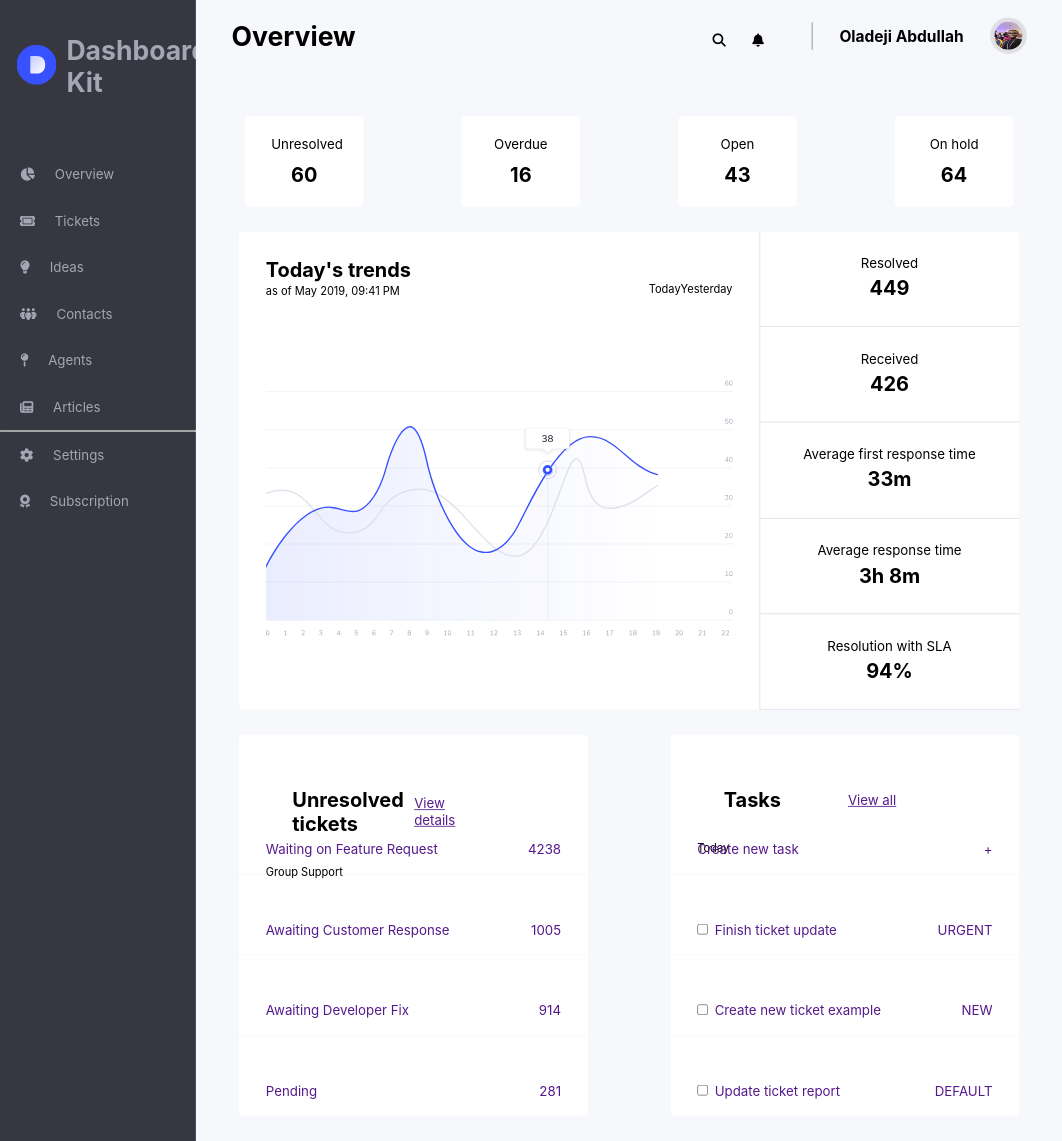
Repository: BuduCE/dashboard
Page: /
The author's editor kept a copy of each file at every save. The page is drawn from the files as they stood at one save, then again after the next save.
The browser window is 1280 px wide. The pictures show the whole page, at 83% of full size.
Some web libraries are served in a nearby version. The project was rebuilt for these pictures with package versions that can differ from the ones it lists, and the page was loaded fresh each time. Also part of the build but not shown: src/pages/Tickets/index.jsx.

Above is the page before, as saved 2022-08-05 23:53:12.

### public/index.html
<!DOCTYPE html>
<html lang="en">
  <head>
    <meta charset="utf-8" />
    <link rel="icon" href="%PUBLIC_URL%/favicon.ico" />
    <meta name="viewport" content="width=device-width, initial-scale=1" />
    <meta name="theme-color" content="#000000" />
    <meta
      name="description"
      content="Web site created using create-react-app"
    />
    <link rel="apple-touch-icon" href="%PUBLIC_URL%/logo192.png" />
    <!--
      manifest.json provides metadata used when your web app is installed on a
      user's mobile device or desktop. See https://developers.google.com/web/fundamentals/web-app-manifest/
    -->
    <link rel="manifest" href="%PUBLIC_URL%/manifest.json" />
    <!--
      Notice the use of %PUBLIC_URL% in the tags above.
      It will be replaced with the URL of the `public` folder during the build.
      Only files inside the `public` folder can be referenced from the HTML.

      Unlike "/favicon.ico" or "favicon.ico", "%PUBLIC_URL%/favicon.ico" will
      work correctly both with client-side routing and a non-root public URL.
      Learn how to configure a non-root public URL by running `npm run build`.
    -->

    <!-- Font-Awesome  -->
    <link
      rel="stylesheet" href="https://cdnjs.cloudflare.com/ajax/libs/font-awesome/6.1.1/css/all.min.css" integrity="sha512-KfkfwYDsLkIlwQp6LFnl8zNdLGxu9YAA1QvwINks4PhcElQSvqcyVLLD9aMhXd13uQjoXtEKNosOWaZqXgel0g==" crossorigin="anonymous" referrerpolicy="no-referrer"
    />
    <title>Admin Dashboard</title>
  </head>
  <body>
    <noscript>You need to enable JavaScript to run this app.</noscript>
    <div id="root"></div>
    <!--
      This HTML file is a template.
      If you open it directly in the browser, you will see an empty page.

      You can add webfonts, meta tags, or analytics to this file.
      The build step will place the bundled scripts into the <body> tag.

      To begin the development, run `npm start` or `yarn start`.
      To create a production bundle, use `npm run build` or `yarn build`.
    -->
  </body>
</html>

### src/index.css
* {
  margin: 0;
  padding: 0;
  box-sizing: border-box;
}
body {
  margin: 0;
  font-family: -apple-system, BlinkMacSystemFont, 'Segoe UI', 'Roboto', 'Oxygen',
    'Ubuntu', 'Cantarell', 'Fira Sans', 'Droid Sans', 'Helvetica Neue',
    sans-serif;
  -webkit-font-smoothing: antialiased;
  -moz-osx-font-smoothing: grayscale;
  background: rgba(54, 55, 64, 1);
}

code {
  font-family: source-code-pro, Menlo, Monaco, Consolas, 'Courier New',
    monospace;
}

### src/App.js
import './App.css';
// import Overview from './pages/Overview';
// import Header from './components/common/Header';
import Sidenav from './components/common/SideNav';
// import Login from './pages/Login';

function App() {
  return (
    <div className="App">
      <Sidenav />
      {/* <Login /> */}
    </div>
  );
}

export default App;

### src/components/common/SideNav/index.jsx
import React from 'react'
import Overview from '../../../pages/Overview'
import Tickets from '../../../pages/Tickets'
import Header from '../Header'
import Logo from '../Logo'
import './styles.css'

const Sidenav = () => {
  return (
    <div className='dashboard'>
        <div className="navbar">
            <div className="logo">
                <Logo />
                <h1>Dashboard Kit</h1>
            </div>
            <div className="heading">
                <i className='fas fa-chart-pie'></i>
                <p>Overview</p>
            </div>
            <div className="heading">
                <i className='fas fa-ticket'></i>
                <p>Tickets</p>
            </div>
            <div className="heading">
                <i className='fas fa-lightbulb'></i>
                <p>Ideas</p>
            </div>
            <div className="heading">
                <i className='fas fa-people-group'></i>
                <p>Contacts</p>
            </div>
            <div className="heading">
                <i className='fas fa-map-pin'></i>
                <p>Agents</p>
            </div>
            <div className="heading">
                <i className='fas fa-newspaper'></i>
                <p>Articles</p>
            </div>
            <hr />
            <div className="heading">
                <i className='fas fa-gear'></i>
                <p>Settings</p>
            </div>
            <div className="heading">
                <i className='fas fa-award'></i>
                <p>Subscription</p>
            </div>

        </div>
        <div className="info">
            {/* <Header /> */}
            <Overview />
            {/* <Tickets /> */}
        </div>
    </div>
  )
}

export default Sidenav

### src/pages/Overview/index.jsx
import React from 'react'
import './styles.css'
import TrendMap from './graph.svg'
import Header from '../../components/common/Header'

const Overview = () => {
  return (
    <>
        <Header />
        <div className='overview_pg'>
            {/* Specific status */}
            <div className="overview_stat">
                <div className="overview_info">
                    <p>Unresolved</p>
                    <h2>60</h2>
                </div>
                <div className="overview_info">
                    <p>Overdue</p>
                    <h2>16</h2>
                </div>
                <div className="overview_info">
                    <p>Open</p>
                    <h2>43</h2>
                </div>
                <div className="overview_info">
                    <p>On hold</p>
                    <h2>64</h2>
                </div>
            </div>

            {/* Today's trend */}
            <div className="trends">
                <div className="trends_head">
                    <div className="trends_headT">
                        <div className="trend_title">
                            <h2>Today's trends</h2>
                        </div>
                        <div className="trend_title_stat">
                            <div className="trend_date">
                                <small>as of May 2019, 09:41 PM</small>
                            </div>
                            <div className="trend_day">
                                <small>Today</small>
                                <small>Yesterday</small>
                            </div>
                        </div>
                    </div>

                    <div className="trends_headB">
                        <img src={TrendMap} alt="Trend Chart" />
                    </div>
                </div>

                <div className="trends_summary">
                    <div className="summary_type">
                        <p>Resolved</p>
                        <h2>449</h2>
                    </div>
                    <div className="summary_type">
                        <p>Received</p>
                        <h2>426</h2>
                    </div>
                    <div className="summary_type">
                        <p>Average first response time</p>
                        <h2>33m</h2>
                    </div>
                    <div className="summary_type">
                        <p>Average response time</p>
                        <h2>3h 8m</h2>
                    </div>
                    <div className="summary_type">
                        <p>Resolution with SLA</p>
                        <h2>94%</h2>
                    </div>
                </div>
            </div>

            <div className="ticket_n_task">
                <div className="ticket">
                    <div className="ticket_head">
                        <div className="ticket_title">
                            <h2>Unresolved tickets</h2>
                            <a href="">View details</a>
                        </div>
                        <small>Group Support</small>
                    </div>
                    <div className="ticket_list">
                        <a href="">
                            <p>Waiting on Feature Request</p>
                            <p>4238</p>
                        </a>
                        <a href="">
                            <p>Awaiting Customer Response</p>
                            <p>1005</p>
                        </a>
                        <a href="">
                            <p>Awaiting Developer Fix</p>
                            <p>914</p>
                        </a>
                        <a href="">
                            <p>Pending</p>
                            <p>281</p>
                        </a>
                    </div>
                </div>

                <div className="task">
                    <div className="ticket_head">
                        <div className="ticket_title">
                            <h2>Tasks</h2>
                            <a href="">View all</a>
                        </div>
                        <small>Today</small>
                    </div>

                    <div className="ticket_list">
                        <a href="">
                            <p>Create new task</p>
                            <p>+</p>
                        </a>
                        <a href="">
                            <div className='task_todo'>
                                <input type="checkbox" name="" id="" />
                                <label htmlFor="">Finish ticket update</label>
                            </div>

                            <p>URGENT</p>
                        </a>
                        <a href="">
                            <div className='task_todo'>
                                <input type="checkbox" name="" id="" />
                                <label htmlFor="">Create new ticket example</label>
                            </div>

                            <p>NEW</p>
                        </a>
                        <a href="">
                            <div className='task_todo'>
                                <input type="checkbox" name="" id="check" />
                                <label htmlFor="">Update ticket report</label>
                            </div>

                            <p>DEFAULT</p>
                        </a>
                    </div>
                </div>
            </div>
        </div>
    </>
  )
}

export default Overview

### src/components/common/Header/index.jsx
import React from 'react'
import './styles.css'
import budu from './budu.jpg'

const Header = () => {
  return (
    <div className='head_er'>
        <div className="headerL">
            <h1>Overview</h1>
        </div>
        <div className="headerR">
            <i className='fas fa-magnifying-glass icon'></i>
            <i className='fas fa-bell icon bell'></i>
            <h3>Oladeji Abdullah</h3>
            <img src={budu} alt="" />
        </div>
    </div>
  )
}

export default Header

### src/components/common/Logo/index.jsx
import React from 'react'
import companyLogo from './logo.svg'

const Logo = () => {
  return (
    <div>
        <img src={companyLogo} alt="" />
    </div>
  )
}

export default Logo

### src/components/common/SideNav/styles.css
.dashboard{
    display: grid;
    grid-template-columns: 1fr 5fr;
}
.navbar{
    padding: 41px 0;
    color: #A4A6B3;
}
.logo{
    display: flex;
    padding: 20px 20px;
    padding-bottom: 63px;
    padding-top: 0;
    align-items: center;
}
.logo h1{
    margin-left: 12px;
    width: 8.5rem;
}
.heading{
    width: 100%;
    display: flex;
    padding: 18px 24px;
    align-items: center;
}
.heading p{
    margin-left: 24px;
}
.heading:hover{
    border-left: 1px solid #fff;
    color: #fff;
}
.info{
    background: #F7F8FC;
    /* height: 100vh; */
}

### src/pages/Overview/styles.css
.overview_pg{
    margin-top: 54px;
}
.overview_stat{
    display: grid;
    grid-template-columns: 1fr 1fr 1fr 1fr;
    /* justify-content: space-evenly; */
    width: 100%;
}
.overview_info{
    display: flex;
    flex-direction: column;
    text-align: center;
    /* border: 1px solid; */
    border-radius: 5px;
    padding: 24px 32px;
    background: #fff;
    box-shadow: 15px;
    width: 55%;
    margin: auto;
}
.overview_info:hover{
    color: blue;
    border: 1px blue solid;
}
.overview_info p{
    padding-bottom: 12px;
}

/* trend  */
.trends{
    width: 90%;
    background: #fff;
    margin: auto;
    border-radius: 5px;
    height: 80vh;
    margin-top: 30px;
    display: grid;
    grid-template-columns: 2fr 1fr;
    margin-top: 30px;
}
.trends_head{
    padding: 32px;
}
.trend_title_stat{
    display: flex;
    justify-content: space-between;
}
.trend_day{
    display: flex;
    justify-content: space-evenly;
}
.trends_headB img{
    width: 100%;
    margin-top: 54px;
    height: 55vh;
}

/* summary  */
.trends_summary{
    display: grid;
    grid-template-rows: 1fr 1fr 1fr 1fr 1fr;
}
.summary_type{
    padding: 28px;
    border-left: 1px solid #dfe0e5;
    border-bottom: 1px solid #dfe0e5;
    text-align: center;
}
.summary_type p{
    margin-bottom: 6px;
}

/* Tickets */
.ticket_n_task{
    display: grid;
    grid-template-columns: 1fr 1fr;
    width: 90%;
    margin: auto;
    margin-top: 30px;
    margin-bottom: 30px;
}
.ticket{
    margin-right: 50px;
}
.task{
    margin-left: 50px;
}
.ticket,.task{
    border-radius: 5px;
    background: #fff;
}
.ticket_head{
    padding: 32px;
    margin-bottom: 8px;
    width: 80%;
    height: 10vh;
}
.ticket_title{
    display: flex;
    justify-content: space-between;
    align-items: center;
}
.ticket_list a{
    text-decoration: none;
    display: flex;
    justify-content: space-between;
    align-items: center;
    padding: 20px 32px;
    border-bottom: 1px solid #F7F8FC;
    margin-top: 36px;
    align-items: center;
}
.task_todo{
    align-items: center;
}
.task_todo label{
    margin-left: 8px;
}

### src/pages/Tickets/styles.css
.ticket_pg{
    background: #fff;
    border-radius: 5px;
    height: 96vh;
    width: 95%;
    margin: auto;
    margin-top: 54px;
}
.ticket_title{
    display: flex;
    justify-content: space-between;
    padding: 32px;
}
.titleR, .titleR_icon{
    display: flex;
    justify-content: space-between;
    align-items: center;
    margin-left: 32px;
}
.titleR_icon p{
    margin-left: 8px;
}
/* .tab_head{
    display: grid;
    grid-template-columns: 3fr 2fr 2fr 1fr;
    margin: auto;
    padding: 0 77px 12px 31px;
    border-bottom: 1px solid #dfe0e5;
} */
.tab_info{
    display: grid;
    grid-template-columns: 3fr 2fr 2fr 1fr;
    margin: auto;
    padding: 24px 31px;
    border-bottom: 1px solid #dfe0e5;
}
.tab_info:hover{
    background: #F7F8FC;
}
.info_title{
    display: grid;
    grid-template-columns: 1fr 7fr;
}
.info_title img{
    width: 44px;
    height: 44px;
    border: 5px solid #dfe0e5;
    border-radius: 50%;
}
.ticket_tab{
    margin: auto;
}
.info_status{
    display: flex;
    /* grid-template-columns: 1fr 1fr; */
    justify-content: space-between;
    align-items: center;
}
.info_status button{
    padding: 5px 20px;
    border-radius: 40%;
    background: red;
    color: #fff;
    border: none;
}

### src/components/common/Header/styles.css
.head_er{
    display: flex;
    justify-content: space-between;
    width: 100%;
    height: 10vh;
    padding: 43px 43px;
    align-items: center;
}
.headerR{
    display: flex;
    justify-content: space-between;
    align-items: center;
}
.icon{
    width: 16px;
    height: 16px;
    padding: 5px 24px;
}
.bell{
    padding-right: 72px;
}
.headerR h3{
    padding: 5px 32px;
    border-left: 1px solid grey;
}
.headerR img{
    width: 44px;
    height: 44px;
    border-radius: 50%;
    border: 5px solid #dfe0e5;
}

Loaded but not shown: src/index.js (common file); src/reportWebVitals.js (common file); src/App.css (common file)

After the next save:
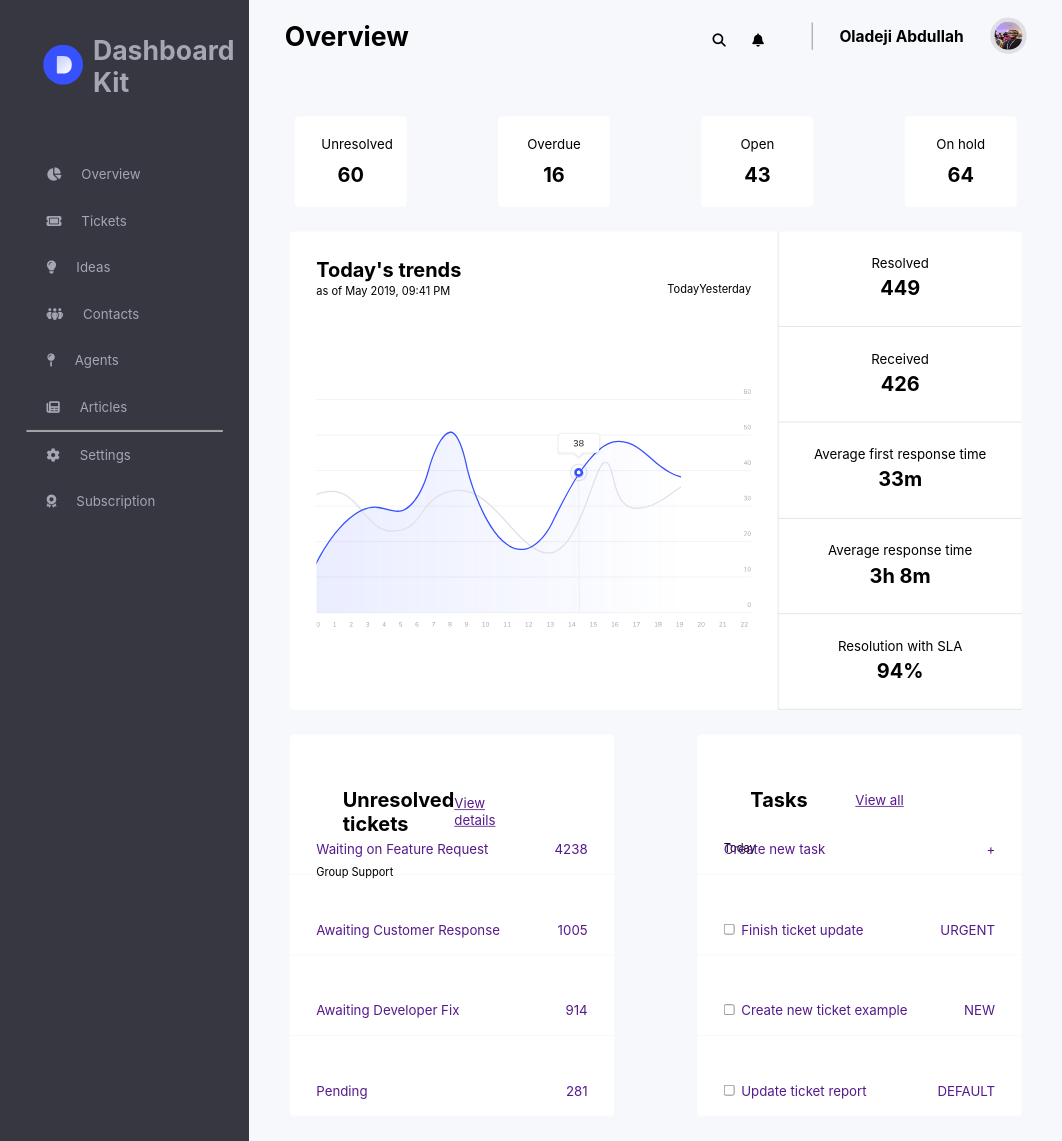
Saved 99 s later.
--- a/src/components/common/SideNav/styles.css
+++ b/src/components/common/SideNav/styles.css
@@ -3,7 +3,7 @@
     grid-template-columns: 1fr 5fr;
 }
 .navbar{
-    padding: 41px 0;
+    padding: 41px 32px;
     color: #A4A6B3;
 }
 .logo{
